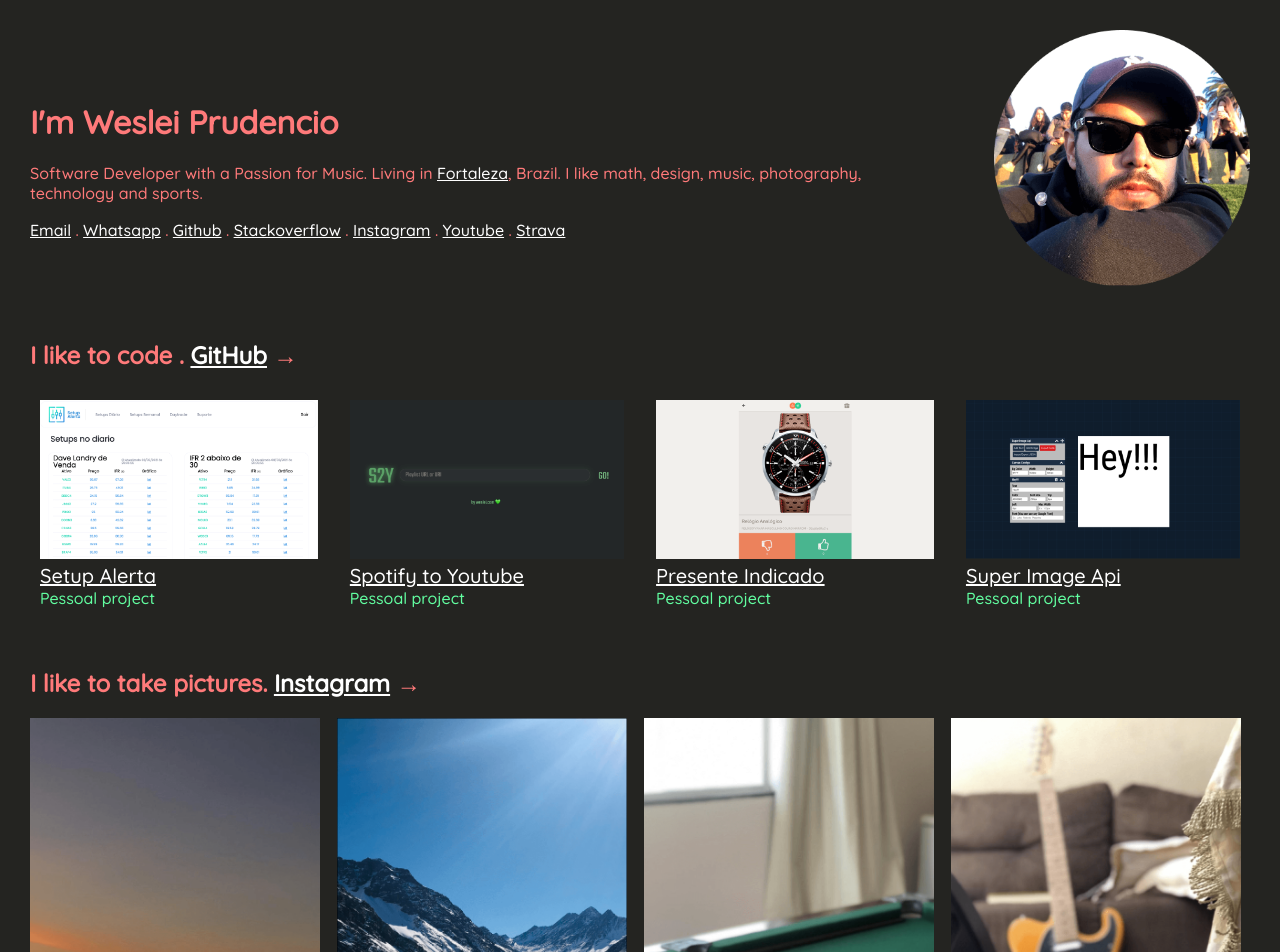
Repository: wprudencio/mywebsite
Page: index_src.html
The author's editor kept a copy of each file at every save. The page is drawn from the files as they stood at one save, then again after the next save.
The browser window is 1280 px wide. The pictures show the part of the page from y = 0 to 952 px (the page is 1973 px tall before and 1968 px after).

Above is the page before, as saved 2021-04-15 21:16:37.

### index_src.html
<!DOCTYPE html>
<html lang="en">
  <head>
    <meta charset="UTF-8" />
    <meta name="viewport" content="width=device-width, initial-scale=1.0" />
    <meta http-equiv="X-UA-Compatible" content="ie=edge" />
    <meta name="description" content="Software Developer with a Passion for Music. I like math, design, music, photography, technology and sports.">
    <meta name="keywords" content="Software Engineer,nodejs,node,node.js,javascript,react,react-native,react,postgree,dokku,docker,css,html,fullstack,fullstack developer">
    <title>Weslei Prudencio - Fullstack Developer</title>
    <link rel="stylesheet" type="text/css" href="style.css" />
    <link rel="preconnect" href="https://fonts.gstatic.com" />
    <link rel="shortcut icon" href="img/favicon.ico">
    <link
      href="https://fonts.googleapis.com/css2?family=Quicksand:wght@500&display=swap"
      rel="stylesheet"
    />
  </head>
  <body>
    <div class="header">
      <div class="titles">
        <h1 class="title">I'm Weslei Prudencio</h1>
        <div class="subtile subcolor">
          Software Developer with a Passion for Music. Living in <a target="_blank" href="https://www.google.com/maps/search/fortaleza/@-3.7402515,-38.5448821,14.12z">Fortaleza</a>,
          Brazil. I like math, design, music, photography, technology and sports.
        </div>
        <div class="social-links">
          <a target="_blank" href="/img/contactme.png">Email</a> . <a target="_blank" href="https://api.whatsapp.com/send?phone=+5585997731370&text=hey!"> Whatsapp</a> . <a target="_blank" href="https://github.com/wprudencio">Github</a> .
          <a target="_blank" href="https://stackoverflow.com/users/1723176/weslei-prudencio">Stackoverflow</a> . <a target="_blank" href="https://www.instagram.com/wesprudencio/">Instagram</a> .
          <a target="_blank" href="https://www.youtube.com/user/wesleiwpa">Youtube</a> . <a target="_blank" href="https://www.strava.com/athletes/46133690">Strava</a>
        </div>
      </div>
      <div class="profile-picture"><img src="./img/weslei.png" /></div>
    </div>

    <section class="code">
      <h1 class="title">
        I like to code . <a href="https://github.com/wprudencio" target="_blank" class="subcolor">GitHub</a>
        <span class="hide-on-mobile">→</span>
      </h1>
      <div class="hide-on-mobile">

        <div class="code-content">
          <img src="img/screenshot_setupalerta.png" width="300" />
          <div class="title"><a class="title" href="https://www.setupalerta.com.br">Setup Alerta</a></div>
          <div class="subtitle">Pessoal project</div>
          <!-- <div class="description">
            Software Developer with a Passion for Design. Living in Fortaleza,
            Brazil. I like math, design, technology, and found in software
            development the perfect balance. Django
          </div> -->
        </div>
        <div class="code-content">
          <img src="img/screenshot_s2y.png" width="300" />
          <div class="title"><a class="title" href="https://spotifytoyoutube.weslei.com/">Spotify to Youtube</a></div>
          <div class="subtitle">Pessoal project</div>
          <!-- <div class="description">
            Software Developer with a Passion for Design. Living in Fortaleza,
            Brazil. I like math, design, technology, and found in software
            development the perfect balance. Django
          </div> -->
        </div>
        <div class="code-content">
          <img src="img/screenshot_presenteindicado.png" width="300" />
          <div class="title"><a class="title" href="https://presenteindicado.herokuapp.com/">Presente Indicado</a></div>
          <div class="subtitle">Pessoal project</div>
          <!-- <div class="description">
            Software Developer with a Passion for music and design. Living in Fortaleza,
            Brazil. I like music, design, technology, and found in software
            development the perfect balance. Django
          </div> -->
        </div>
        <div class="code-content">
          <img src="img/screenshot_superimageapi.png" width="300" />
          <div class="title"><a class="title" href="https://superimageapi.weslei.com/">Super Image Api</a></div>
          <div class="subtitle">Pessoal project</div>
          <!-- <div class="description">
            Software Developer with a Passion for music and design. Living in Fortaleza,
            Brazil. I like music, design, technology, and found in software
            development the perfect balance. Django
          </div> -->
        </div>
        <!-- <div class="code-content">
          <img src="img/screenshot_s2y.png" width="300" />
          <div class="title">Setup Alerta</div>
          <div class="subtitle">Pessoal project</div>
          <div class="description">
            Software Developer with a Passion for Design. Living in Fortaleza,
            Brazil. I like math, design, technology, and found in software
            development the perfect balance. Django
          </div>
        </div> -->
      </div>
    </section>

    <section class="photo">
      <h1 class="title">
        I like to take pictures. <a href="https://www.instagram.com/wesprudencio/" target="_blank" class="subcolor">Instagram</a href="">
        <span class="hide-on-mobile">→</span>
      </h1>
      <div class="section-content hide-on-mobile">
        <img src="img/photo1.png" />
        <img src="img/photo2.png" />
        <img src="img/photo3.png" />
        <img src="img/photo4.png" />
      </div>
    </section>
    <section class="music">
      <h1 class="title">
        I like to play . <a href="https://www.youtube.com/user/wesleiwpa" target="_blank" class="subcolor">YouTube</a>
        <span class="hide-on-mobile">→</span>
      </h1>
      <div class="section-content hide-on-mobile">
        <iframe
          src="https://www.youtube.com/embed/yPIpGEmBJB4"
          frameborder="0"
          allow="accelerometer; autoplay; clipboard-write; encrypted-media; gyroscope; picture-in-picture"
          allowfullscreen
        ></iframe>
        <iframe
          src="https://www.youtube.com/embed/cLxHDwdbUxs"
          frameborder="0"
          allow="accelerometer; autoplay; clipboard-write; encrypted-media; gyroscope; picture-in-picture"
          allowfullscreen
        ></iframe>
        <iframe
          src="https://www.youtube.com/embed/GoNQzONj6T8"
          frameborder="0"
          allow="accelerometer; autoplay; clipboard-write; encrypted-media; gyroscope; picture-in-picture"
          allowfullscreen
        ></iframe>
        <iframe
          src="https://www.youtube.com/embed/zvhm4AExjm4"
          frameborder="0"
          allow="accelerometer; autoplay; clipboard-write; encrypted-media; gyroscope; picture-in-picture"
          allowfullscreen
        ></iframe>
      </div>
    </section>

    <footer>Made with love in 🇧🇷</footer>


<!-- Global site tag (gtag.js) - Google Analytics -->
<script async src="https://www.googletagmanager.com/gtag/js?id=G-LMNC2LT64Z"></script>
<script>
  window.dataLayer = window.dataLayer || [];
  function gtag(){dataLayer.push(arguments);}
  gtag('js', new Date());

  gtag('config', 'G-LMNC2LT64Z');
</script><!-- Global site tag (gtag.js) - Google Analytics -->
<script async src="https://www.googletagmanager.com/gtag/js?id=G-LMNC2LT64Z"></script>
<script>
  window.dataLayer = window.dataLayer || [];
  function gtag(){dataLayer.push(arguments);}
  gtag('js', new Date());

  gtag('config', 'G-LMNC2LT64Z');
</script>
  </body>
</html>

### style.css
body {
  background-color: #242421;
  font-family: "Quicksand", sans-serif;
  color: #ff7a7a;
  max-width: 1400px;
  margin: 0 auto;
  padding: 30px;
}
section {
  margin-top: 50px;
}
a {
  color: #ffff;
}

.social-links {
  padding-top: 17px;
}

.header {
  display: flex;
  flex-direction: row;
  margin: auto;
}

.code > div {
  display: flex;
}

.code-content:not(:first-child) {
  /* border: 1px solid; */
  max-width: 23.8%;
  padding-left: 1%;
}

.code-content {
  margin: 10px;
}
/*
.code-content :first-child {
  margin: 10px;
} */

.code-content > img {
  width: 100%;
}

.code-content .title {
  font-size: 20px;
}

.code-content .subtitle {
  color: #62ffa1;
}

.code-content .description {
  color: #ffff;
}

.header .titles {
  margin: auto 0;
}

.header .subtile {
  margin-right: 50px;
}

.profile-picture > img {
  width: 256px;
  margin: auto;
}

section.photo img {
  width: 23.8%;

  margin: auto;
}

section.photo img:not(:last-child) {
  padding-right: 1%;
}

section.music iframe {
  width: 23.8%;
  height: 500px;
}

section.music iframe:not(:last-child) {
  padding-right: 1%;
}
footer {
  margin-top: 40px;
}

@media only screen and (min-width: 1077px) {
}

@media only screen and (max-width: 800px) {
  .hide-on-mobile {
    display: none !important;
  }

  .profile-picture > img {
    width: 120px;
    margin: auto;
  }
}

After the next save:
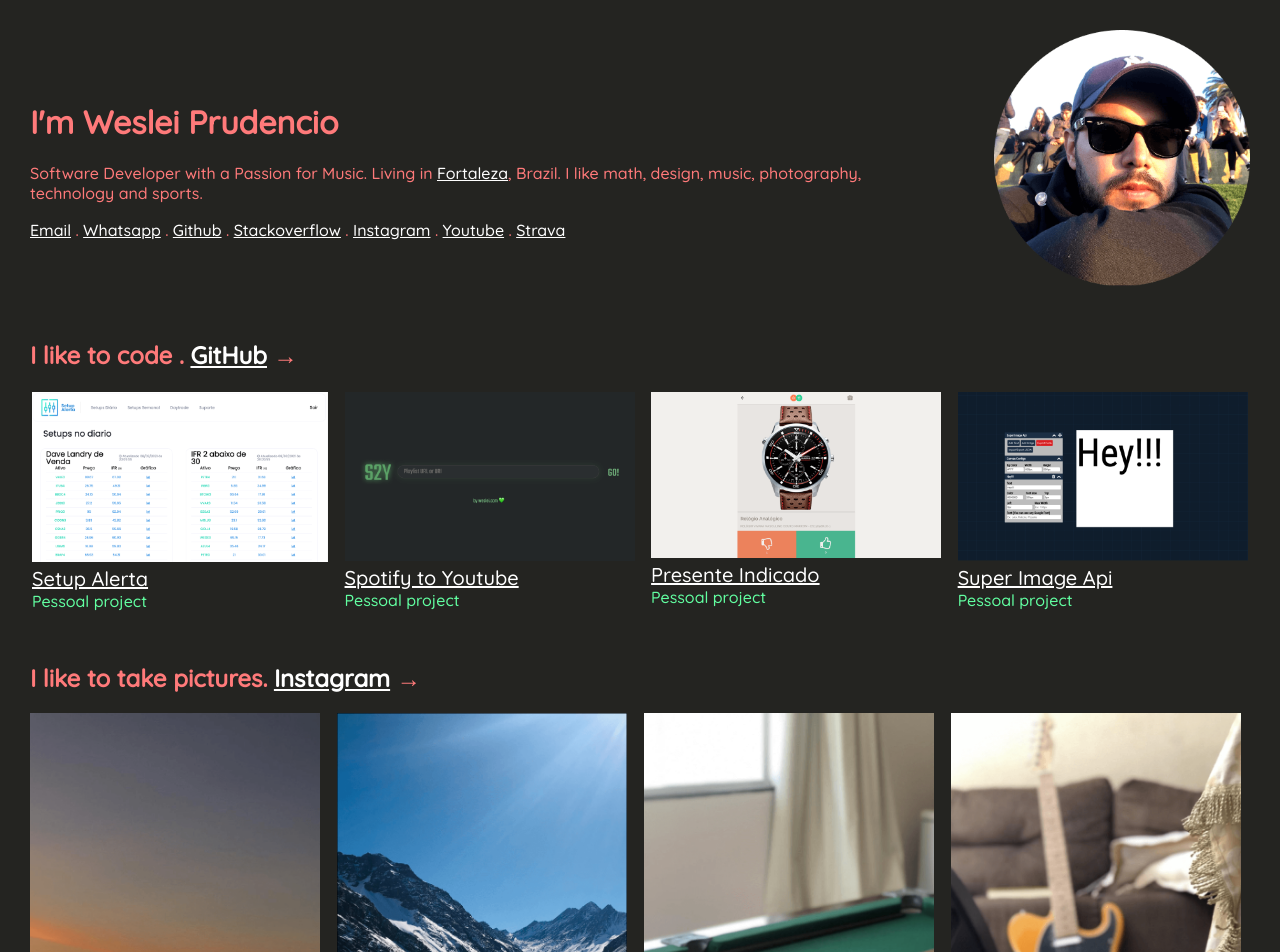
Saved 18 s later.
--- a/style.css
+++ b/style.css
@@ -34,7 +34,7 @@ a {
 }
 
 .code-content {
-  margin: 10px;
+  margin: 2px;
 }
 /*
 .code-content :first-child {
